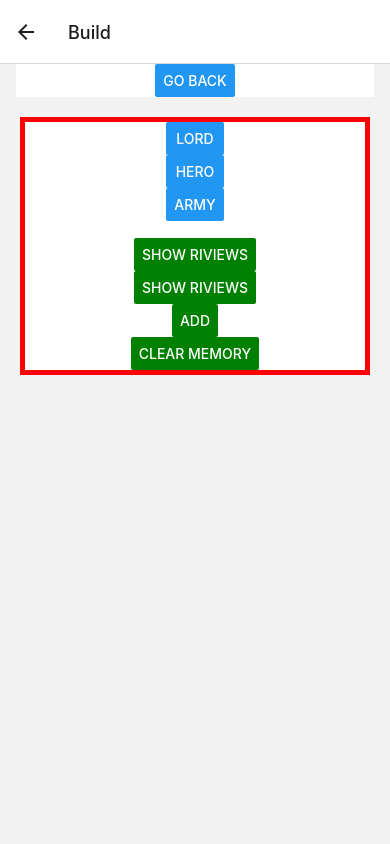
Repository: LingyuLiu11/mobile_app
Screen: /Build
An editor plug-in stored every save of this project. The screen is shown before and after the next save, followed by the edit.
The app was drawn by React Native's web renderer in a window 390 px wide. The project was rebuilt for these pictures with package versions that can differ from the ones it lists, and the page was loaded fresh each time. Also part of the build but not shown: components/Reviews.js.

Above is the screen before, as saved 2021-10-25 01:27:25.

After the next save:
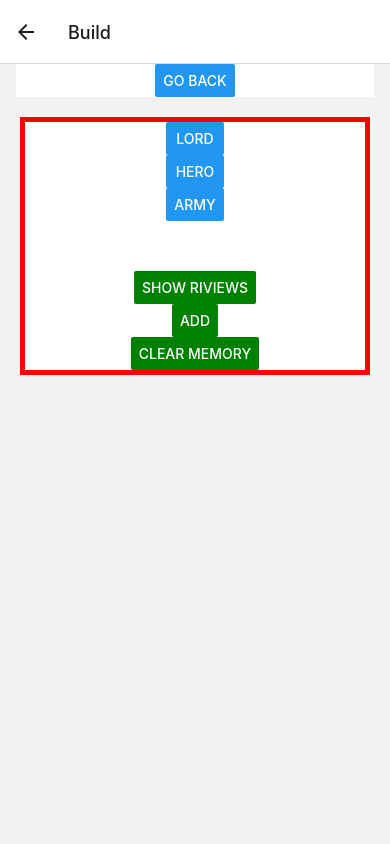
Saved 5 s later.
--- a/components/Builds.js
+++ b/components/Builds.js
@@ -125,7 +125,7 @@
           <Separator />
           <Button
                   title={(currlooking?'hide':'show')+" Riviews" }
-                  color="green"
+                  color="gZZ"
                   onPress = {() => setDebugging(!debugging)}
                   />
           <currView/>

After the 4 saves that followed:
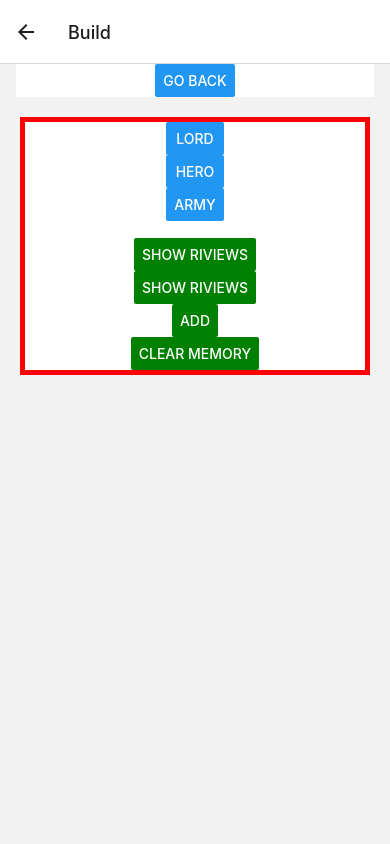
The 4 saves are shown as one change because 1 left the picture as it was and some came seconds apart.
The last was saved 16 s later.
--- a/components/Builds.js
+++ b/components/Builds.js
@@ -125,7 +125,7 @@
           <Separator />
           <Button
                   title={(currlooking?'hide':'show')+" Riviews" }
-                  color="gZZ"
+                  color="green"
                   onPress = {() => setDebugging(!debugging)}
                   />
           <currView/>
